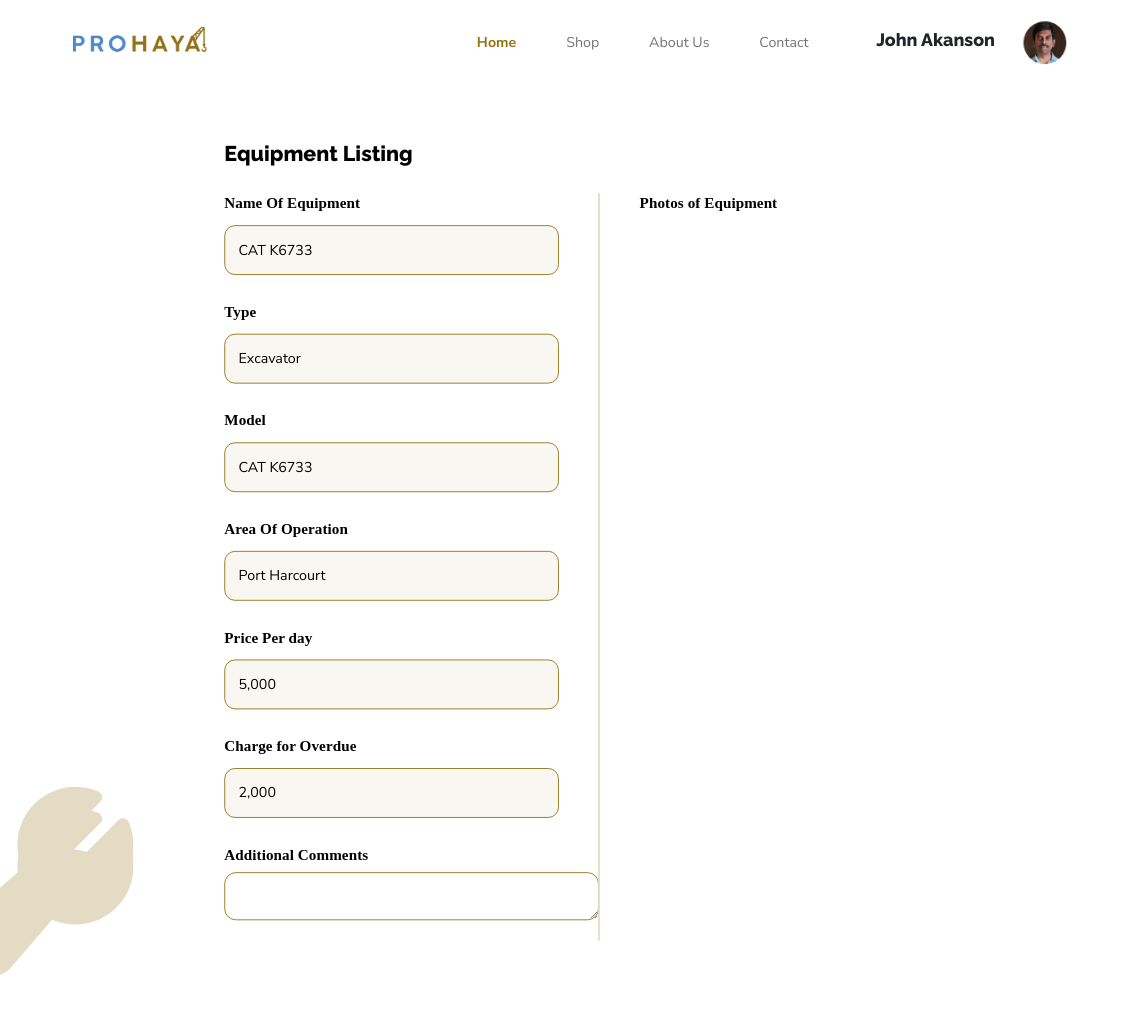
Repository: stormcelltech/Prohaya-UI
Page: Prohaya-UI/equipment_listing.html
An editor plug-in stored every save of this project. The page is shown before and after the next save, followed by the edit.
The browser window is 1280 px wide. The pictures show the whole page, at 89% of full size.
Some web libraries are served in a nearby version.

Above is the page before, as saved 2022-04-14 03:46:45.
Console error: TypeError: $(...).owlCarousel is not a function

After the next save:
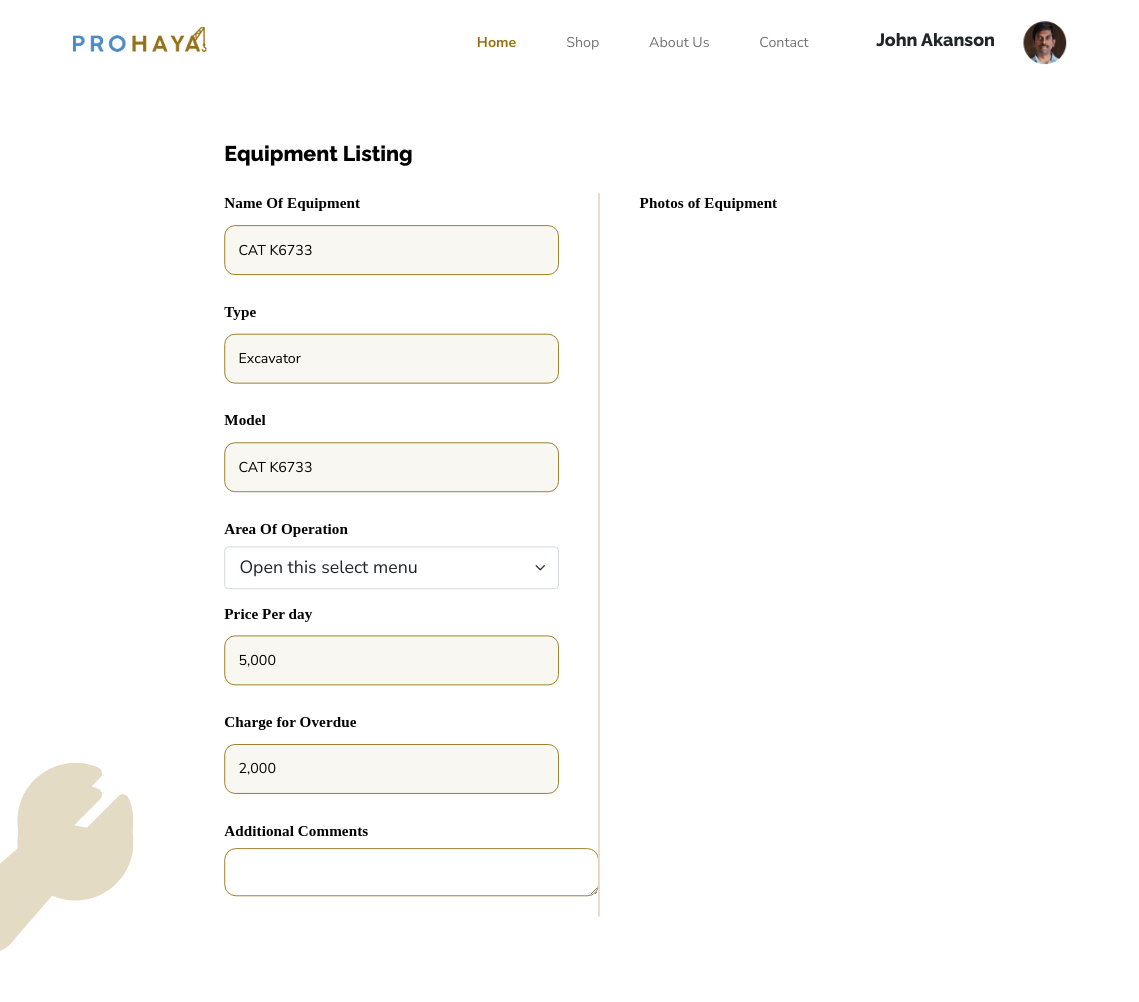
Saved 9 min 39 s later.
--- a/Prohaya-UI/equipment_listing.html
+++ b/Prohaya-UI/equipment_listing.html
@@ -78,7 +78,13 @@
                             </div>
                             <div class="mb-3">
                                 <label for="exampleFormControlInput1" class="form-label custom-labels">Area Of Operation</label>
-                                <input type="text" class="form-control custom-input" id="exampleFormControlInput1" placeholder="Port Harcourt">
+                                <!-- <input type="text" class="form-control custom-input" id="exampleFormControlInput1" placeholder="Port Harcourt"> -->
+                                <select class="form-select form-select-lg mb-3" aria-label=".form-select-lg example">
+                                    <option selected>Open this select menu</option>
+                                    <option value="1">One</option>
+                                    <option value="2">Two</option>
+                                    <option value="3">Three</option>
+                                  </select>
                             </div>
                             <div class="mb-3">
                                 <label for="exampleFormControlInput1" class="form-label custom-labels">Price Per day</label>
